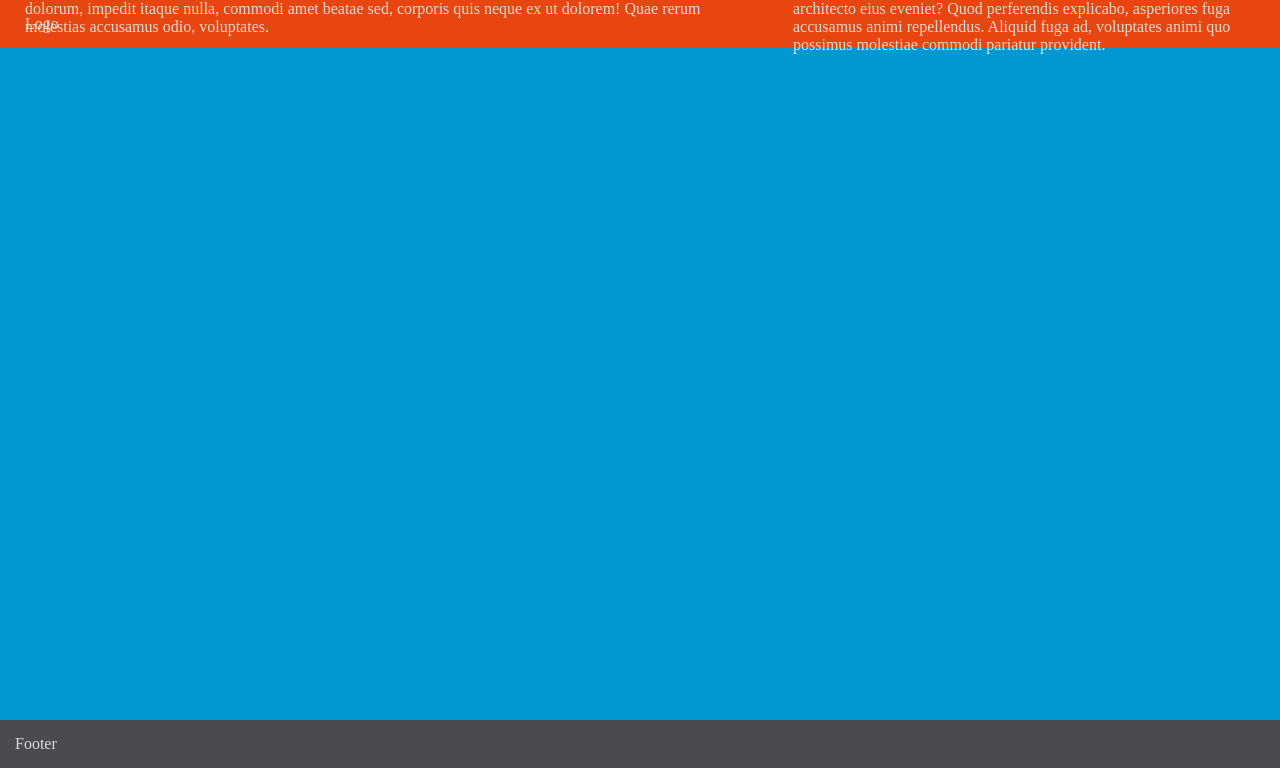
Repository: nealbrophy/CI-Responsive-Mini-Proj
Page: index.html
The author's editor kept a record of every edit. The page is drawn from the files as they stood at one moment, then again after the next edit.
The browser window is 1280 px wide. The pictures show the whole page.

Above is the page before.

### index.html
<!DOCTYPE html>
<html lang="en">
<head>
    <meta charset="UTF-8">
    <meta name="viewport" content="width=device-width, initial-scale=1.0">
    <meta http-equiv="X-UA-Compatible" content="ie=edge">
    <link rel="stylesheet" href="css/style.css" type="text/css" />
    <title>Document</title>
</head>
<body>
    <main class="main">
        <header class="header">
            <div class="logo">Logo</div>
        </header>

        <section class="section">
            <div class="vcenter">
                <article class="article column column-60">
                    <p class="section-paragraph">Lorem ipsum dolor sit amet, consectetur adipisicing elit. Atque sunt quasi amet repudiandae quia non fugit tempora nemo, ad consequuntur. Eius, optio. Esse nesciunt, ratione qui velit temporibus! Reprehenderit aliquid dolorum, impedit itaque nulla, commodi amet beatae sed, corporis quis neque ex ut dolorem! Quae rerum molestias accusamus odio, voluptates.</p>
                </article>
                <aside class="aside column column-40">
                    <p class="section-paragraph">
                    Lorem ipsum dolor sit amet, consectetur adipisicing elit. Architecto, accusamus. Itaque aliquid ab, dolor impedit nesciunt quidem, quisquam culpa consectetur debitis fugiat nemo nostrum est nulla, illum deserunt architecto eius eveniet? Quod perferendis explicabo, asperiores fuga accusamus animi repellendus. Aliquid fuga ad, voluptates animi quo possimus molestiae commodi pariatur provident.
                    </p>
                </aside>
            </div>
        </section>

        <footer class="footer">Footer</footer>
    </main>
</body>
</html>

### css/style.css
body, html {
    height: 100%;
    margin: 0;
    padding: 0;
    color: rgba(255, 255, 255, .8);
}

.header {
    position: fixed;
    top: 0;
    left: 0;
    right: 0;
    background-color: #e84610;
    padding: 15px 25px;
}

.main {
    height: 100%;
}

.section {
    background-color: #0097d3;
    height: 100%;
}

.article, .aside {
    position: relative;
    top: 50%;
    transform: translateY(-50%);
}

.section-paragraph {
    font-size: 1em;
    margin: 25px;
}

.footer {
    background-color: #4a4a4f;
    padding: 15px;
}

.column {
    float: left;
}

@media (min-width: 768px) {
    .column-60 {
        width: 60%;
    }

    .column-40 {
        width: 40%;
    }
}

After the next edit:
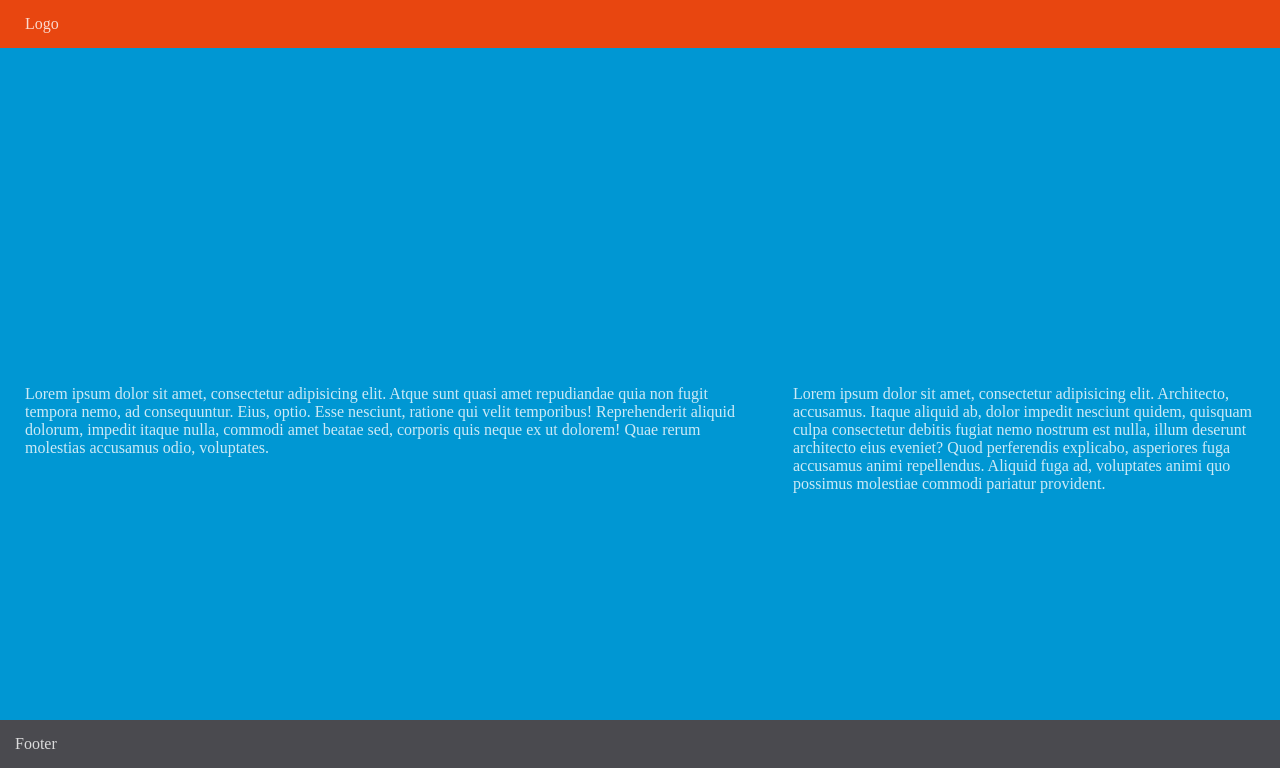
The edit:
--- a/css/style.css
+++ b/css/style.css
@@ -23,7 +23,7 @@
     height: 100%;
 }
 
-.article, .aside {
+.vcenter {
     position: relative;
     top: 50%;
     transform: translateY(-50%);
